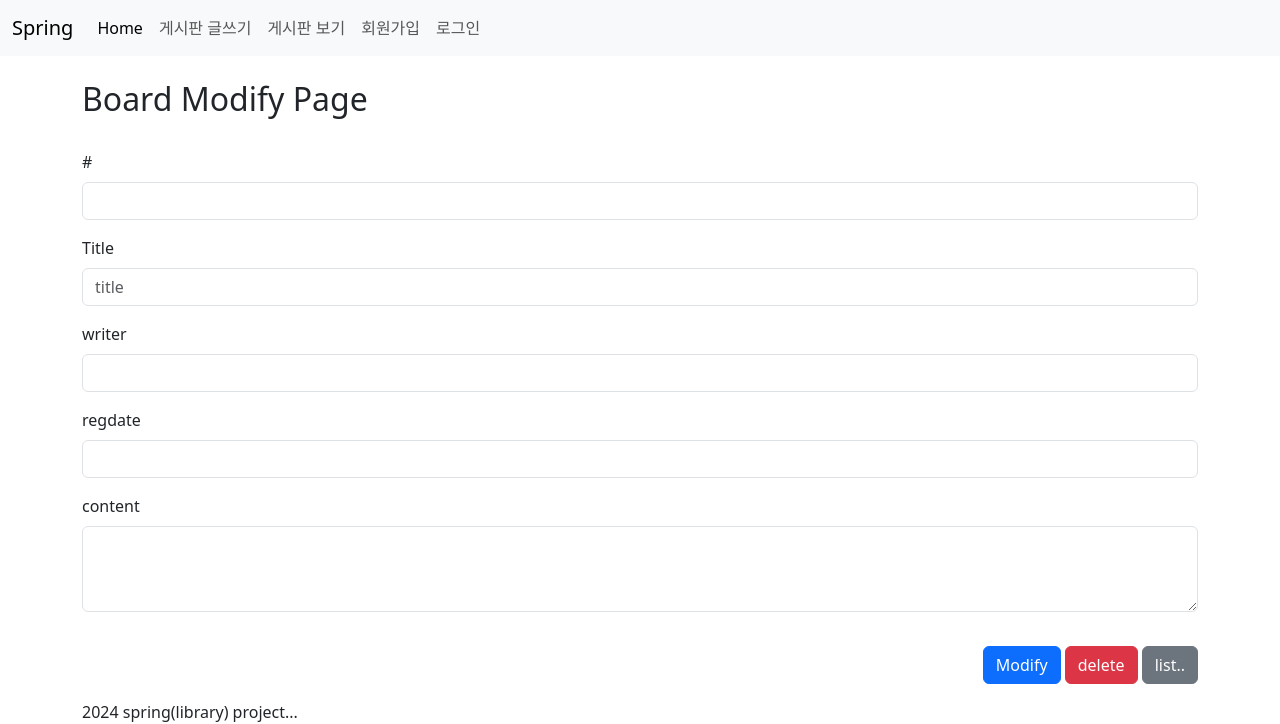
Repository: budflower44/Spring
Page: http://localhost/spring_test2/WEB-INF/views/board/modify.jsp
The author's editor kept a copy of each file at every save. The page is drawn from the files as they stood at one save, then again after the next save.
The browser window is 1280 px wide. The pictures show the whole page.
The page is served by Tomcat 9. Nobody is signed in. Other server files are loaded and not shown. The template is opened directly, without the code that normally fills it, so the values that code supplies are empty.

Above is the page before, as saved 2024-01-11 01:37:32.

### spring_test2/src/main/webapp/WEB-INF/views/board/modify.jsp
<%@ page language="java" contentType="text/html; charset=UTF-8"
	    pageEncoding="UTF-8"%>
	<%@ taglib uri="http://java.sun.com/jsp/jstl/core" prefix="c"%>
<jsp:include page="../layout/header.jsp"></jsp:include>

<div class="container-md">
	<br>
	<h2>Board Modify Page</h2>
	<br>
	<!-- 게시글 상세정보란 시작 -->
	<c:set value="${bdto.bvo }" var="bvo" />

	<form action="/board/modify" method="post">
		<div class="mb-3">
			<label for="bno" class="form-label">#</label> <input
				type="text" name="bno" class="form-control" id="bno" value="${bvo.bno }" readonly="readonly">
		</div>
		<div class="mb-3">
			<label for="title" class="form-label">Title</label> <input
				type="text" name="title" class="form-control" id="title"
				placeholder="title" value="${bvo.title }">
		</div>
		<div class="mb-3">
			<label for="writer" class="form-label">writer</label> <input
				type="text" name="writer" class="form-control" id="writer"
				value="${bvo.writer }" readonly="readonly">
		</div>
		<div class="mb-3">
			<label for="regAt" class="form-label">regdate</label> <input
				type="text" name="regAt" class="form-control" id="regAt"
				value="${bvo.regAt }" readonly="readonly">
		</div>
		<div class="mb-3">
			<label for="content" class="form-label">content</label>
			<textarea class="form-control" name="content" id="content" rows="3">${bvo.content }</textarea>
		</div>

	<!-- file Line -->
	<c:set value="${bdto.flist }" var="flist" />
	<div class="mb-3">
		<label for="file" class="form-label"></label>
			<ul class="list-group list-group-flush">
				<c:forEach items="${flist }" var="fvo">
	  				<li class="list-group-item">
	  					<c:choose>
	  						<c:when test="${fvo.fileType == 1 }">
	  							<div>
	  								<img alt="" src="/upload/${fvo.saveDir }/${fvo.uuid}_th_${fvo.fileName}">
	  							</div>
	  						</c:when>
	  						<c:otherwise>
	  							<div>
	  								<!-- 일반 파일 표시할 아이콘 -->
	  								<i class="bi bi-file-earmark-check"></i>
	  							</div>
	  						</c:otherwise>
	  					</c:choose>
	  					<div class="mb-3">
	  						<div class="fw-bold">${fvo.fileName }</div>
	  						<span class="badge rounded-pill text-bg-secondary">${fvo.fileSize }Byte</span>
	  					</div>
	  				</li>
				</c:forEach>
  			</ul>


			<!-- 파일 표시 라인 -->
<%-- 	<c:set value="${boardDTO.flist }" var="flist" />
	<div class="mb-3">
		<ul class="list-group list-group-flush">
		<!-- 파일 개수만큼 li를 추가하여 파일을 표시, 타입이 1인 경우만 표시 -->
		<!--
			li -> div => img 그림표시
				  div => 파일이름, 작성일, span size
		 -->
		 <!-- 파일 리스트 중 하나만 가져와서 fvo로 저장 -->
		 <c:forEach items="${flist }" var="fvo">
		 <div>
			<li class="list-group-item">
				<c:choose>
					<c:when test="${fvo.file_type > 0 }">
						<div>
						<!-- /upload/ -> servlet-context에 매핑 설정되어 있어서 사용함 -->
						<!-- /upload/save_dir/uuid_file_name -->
						<!-- 썸네일 버전 : src="/upload/${fn:replace(fvo.save_dir, '\\', '/') }/${fvo.uuid}_th_${fvo.file_name}" -->
							<img alt="" src="/upload/${fn:replace(fvo.save_dir, '\\', '/') }/${fvo.uuid}_${fvo.file_name}">
						</div>
					</c:when>
					<c:otherwise>
						<div>
							<!-- 아이콘 같은 모양 하나 가져와서 넣기 -->
						</div>
					</c:otherwise>
				</c:choose>
				<div>
				<!-- div => 파일이름, 작성일, span size -->
					<div>${fvo.file_name }</div>
					<div>${fvo.reg_date }</div>
					<span class="badge text-bg-warning">${fvo.file_size }byte</span>
					<button type="button" data-uuid="${fvo.uuid }" class="file-x">X</button>
				</div>
			</li>
			</div>
		</c:forEach>
		</ul>
		<br>
		<!-- 수정 파일 등록 라인 -->
		<div class="mb-3">
			<label for="file" class="form-label">New files...</label>
			<br>
			<input type="file" name="files" class="form-control" id="file" multiple="multiple" style="display : none">
			<button type="button" class="btn btn-primary" id="trigger">fileUpload</button>
		</div>
		<!-- 파일 목록 표시라인 -->
		<div class="mb-3" id="fileZone">

		</div>
		--%>
		<br><br>
		<div class="position-relative">
		<div class="position-absolute bottom-0 end-0">
			<button type="submit" class="btn btn-primary" id="regBtn">Modify</button>
			<a href="/board/remove?bno=${bvo.bno }"><button type="button" class="btn btn-danger">delete</button></a>
			<a href="/board/list"><button type="button" class="btn btn-secondary">list..</button></a>
		</div>
		</div>
	</form>
</div>

<!-- <script>
	const bnoVal = `<c:out value="${bvo.bno}"/>`;
</script>

<script src="/resources/js/boardRegister.js"></script>
<script src="/resources/js/boardModify.js"></script> -->

<jsp:include page="../layout/footer.jsp"></jsp:include>

### spring_test2/src/main/webapp/WEB-INF/views/layout/header.jsp
<%@ page language="java" contentType="text/html; charset=UTF-8"
	    pageEncoding="UTF-8"%>
	<%@ taglib uri="http://java.sun.com/jsp/jstl/core" prefix="c"%>
	<link href="https://cdn.jsdelivr.net/npm/bootstrap@5.3.1/dist/css/bootstrap.min.css" rel="stylesheet" integrity="sha384-4bw+/aepP/YC94hEpVNVgiZdgIC5+VKNBQNGCHeKRQN+PtmoHDEXuppvnDJzQIu9" crossorigin="anonymous">
	<script src="https://cdn.jsdelivr.net/npm/bootstrap@5.3.1/dist/js/bootstrap.bundle.min.js" integrity="sha384-HwwvtgBNo3bZJJLYd8oVXjrBZt8cqVSpeBNS5n7C8IVInixGAoxmnlMuBnhbgrkm" crossorigin="anonymous"></script>
	<link rel="stylesheet" href="https://cdn.jsdelivr.net/npm/bootstrap-icons@1.10.5/font/bootstrap-icons.css">
	<!DOCTYPE html>
	<html>
	<head>
	<meta charset="UTF-8">
	<title>Insert title here</title>
	</head>
	<body>

	<nav class="navbar navbar-expand-lg bg-body-tertiary">
	  <div class="container-fluid">
	    <a class="navbar-brand" href="/member/index">Spring</a>
	    <button class="navbar-toggler" type="button" data-bs-toggle="collapse" data-bs-target="#navbarSupportedContent" aria-controls="navbarSupportedContent" aria-expanded="false" aria-label="Toggle navigation">
	      <span class="navbar-toggler-icon"></span>
	    </button>
	    <div class="collapse navbar-collapse" id="navbarSupportedContent">
	      <ul class="navbar-nav me-auto mb-2 mb-lg-0">
	        <li class="nav-item">
	          <a class="nav-link active" aria-current="page" href="/member/index">Home</a>
	        </li>
	        <li class="nav-item">
	          <a class="nav-link" href="/board/register">게시판 글쓰기</a>
	        </li>
	        <li class="nav-item">
	          <a class="nav-link" href="/board/list">게시판 보기</a>
	        </li>
	        <li class="nav-item">
	          <a class="nav-link" href="/member/register">회원가입</a>
	        </li>
	        <c:if test="${ses.id eq null }">
	        <li class="nav-item">
	          <a class="nav-link" href="/member/login">로그인</a>
	        </li>
	        </c:if>
	        <c:if test="${ses.id ne null }">
	        <li class="nav-item">
	          <a class="nav-link" href="/member/logout">로그아웃</a>
	        </li>
	        </c:if>
	        <c:if test="${ses.id ne null }">
	        <li class="nav-item">
	          <a class="nav-link" href="/member/modify">${ses.id }( ${ses.email } ) welcom!!</a>
	        </li>
	        </c:if>
	      </ul>
	    </div>
	  </div>
	</nav>

### spring_test2/src/main/webapp/WEB-INF/views/layout/footer.jsp
<div>
2024 spring(library) project...
</div>

</body>
</html>

After the next save:
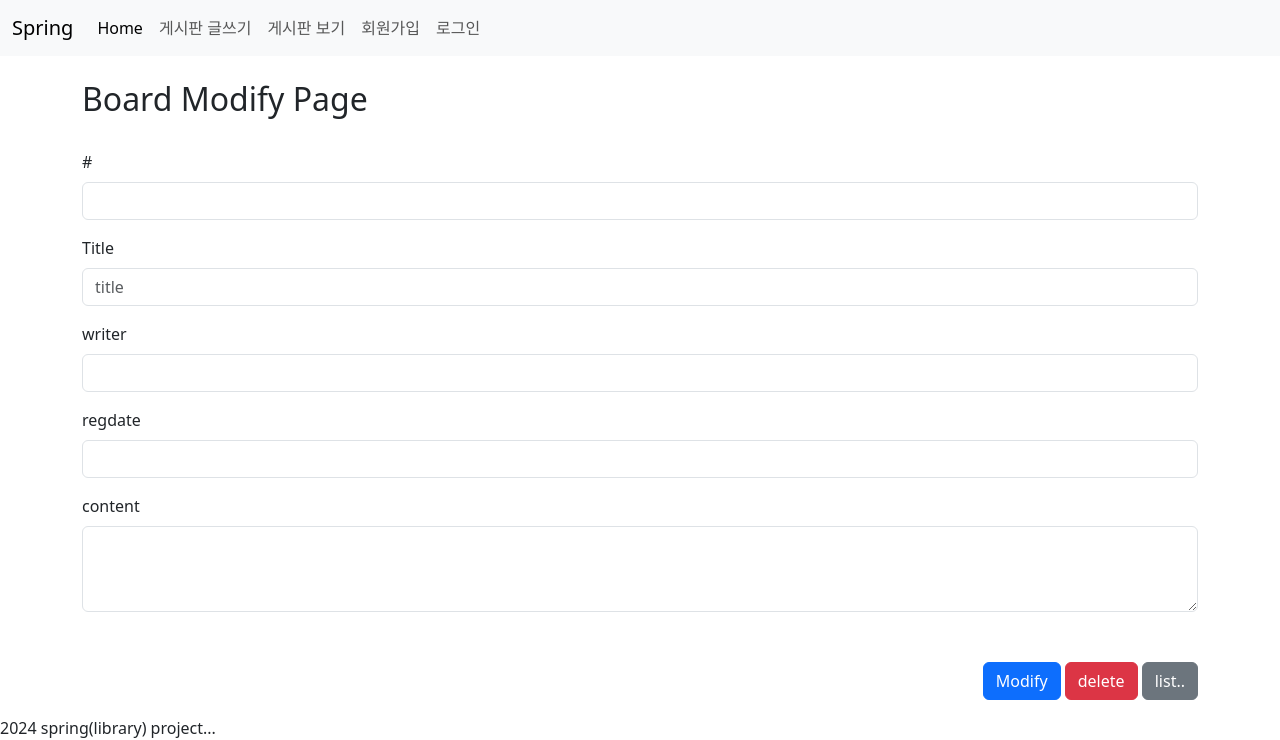
Saved 62 s later.
--- a/spring_test2/src/main/webapp/WEB-INF/views/board/modify.jsp
+++ b/spring_test2/src/main/webapp/WEB-INF/views/board/modify.jsp
@@ -62,6 +62,7 @@
 	  				</li>
 				</c:forEach>
   			</ul>
+  		</div>
 
 
 			<!-- 파일 표시 라인 -->
